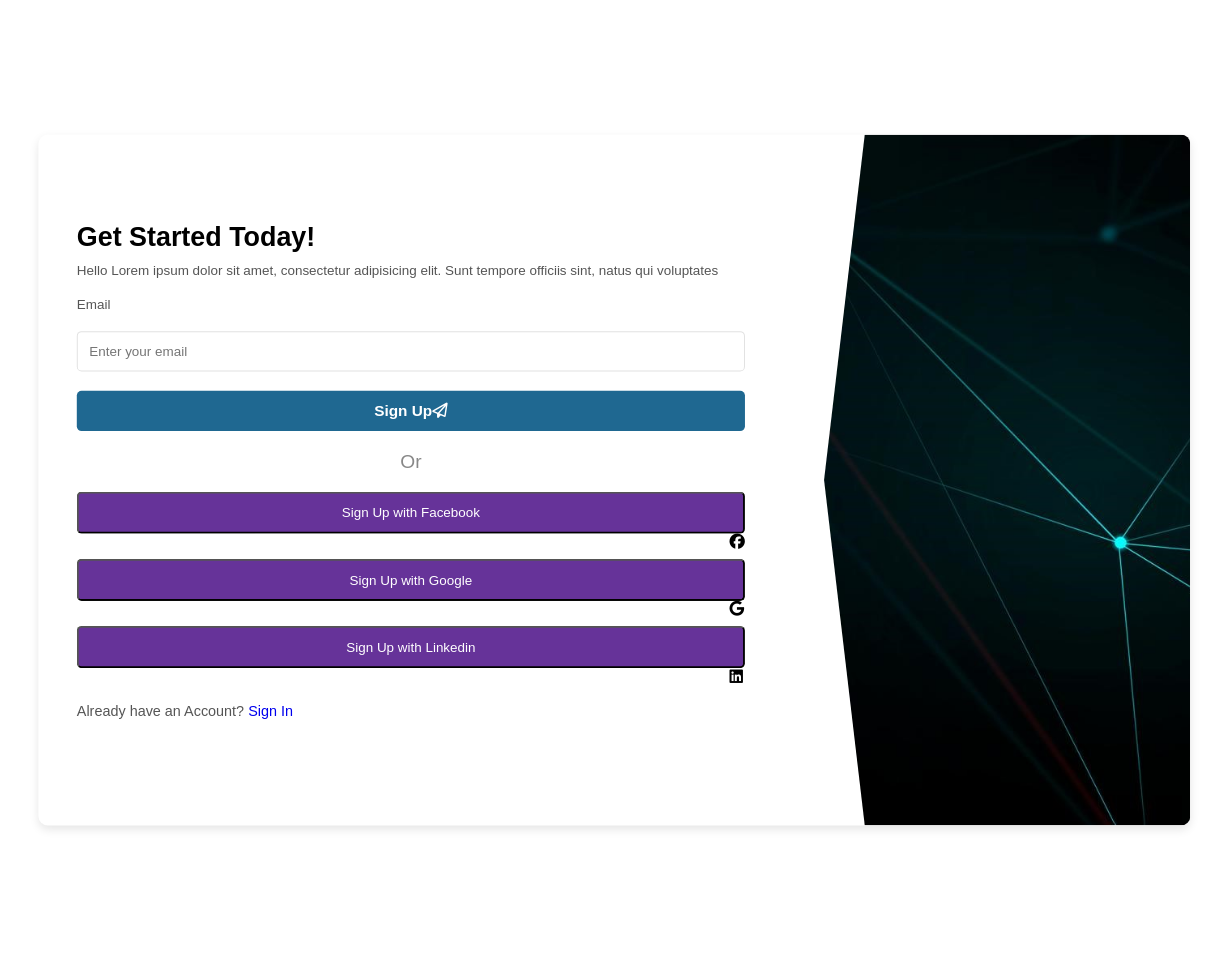
Repository: Femi007-gh/Login-V2
Page: index.html
An editor plug-in stored every save of this project. The page is shown before and after the next save, followed by the edit.
The browser window is 1280 px wide. The pictures show the whole page, at 96% of full size.

Above is the page before, as saved 2025-01-27 15:19:29.

After the next save:
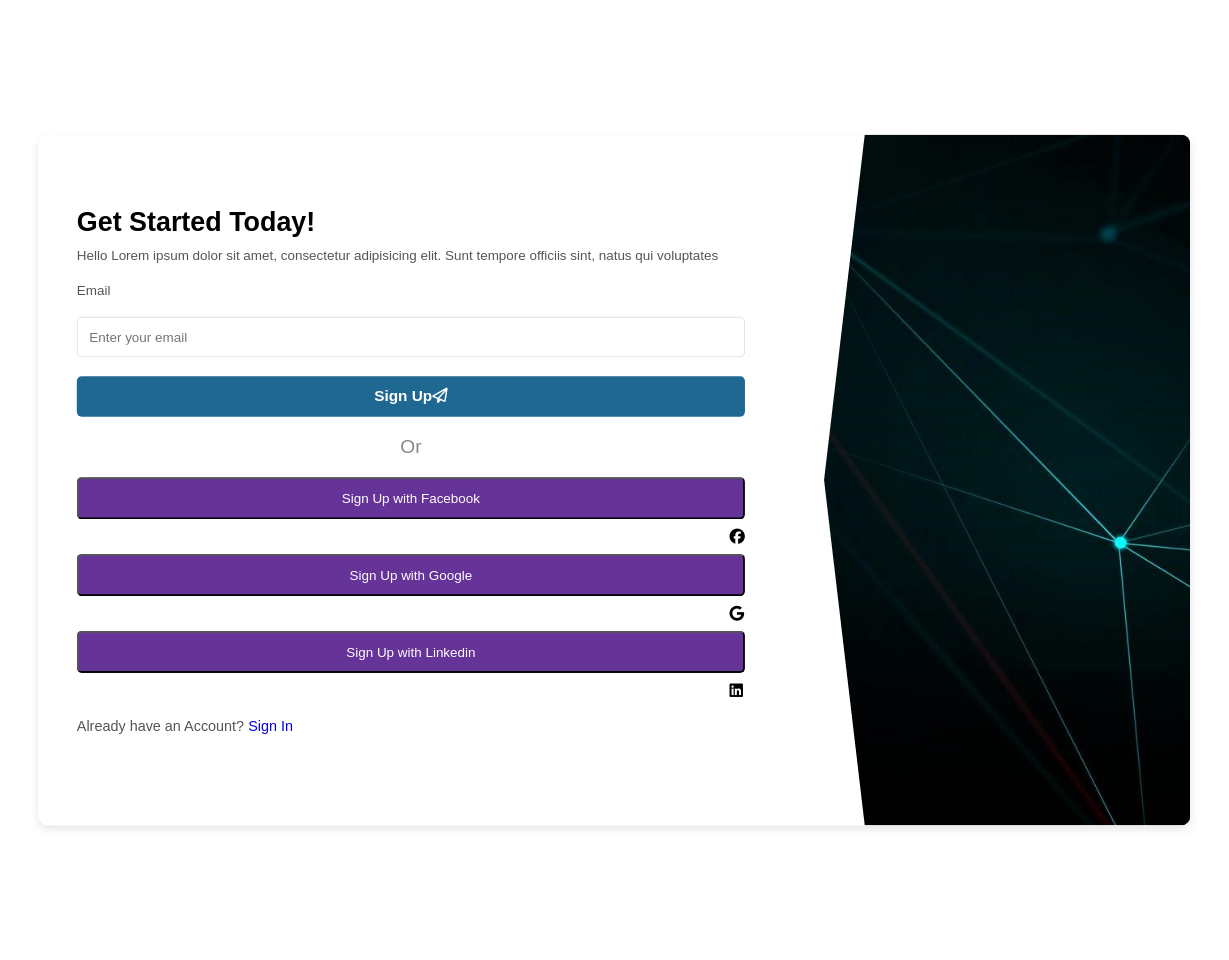
Saved 31 s later.
--- a/style.css
+++ b/style.css
@@ -114,5 +114,5 @@
 
 .fa-brands {
   margin-left: 680px;
-  margin-top: -10px;
+  margin-bttom: -10px;
 }

After the save that followed:
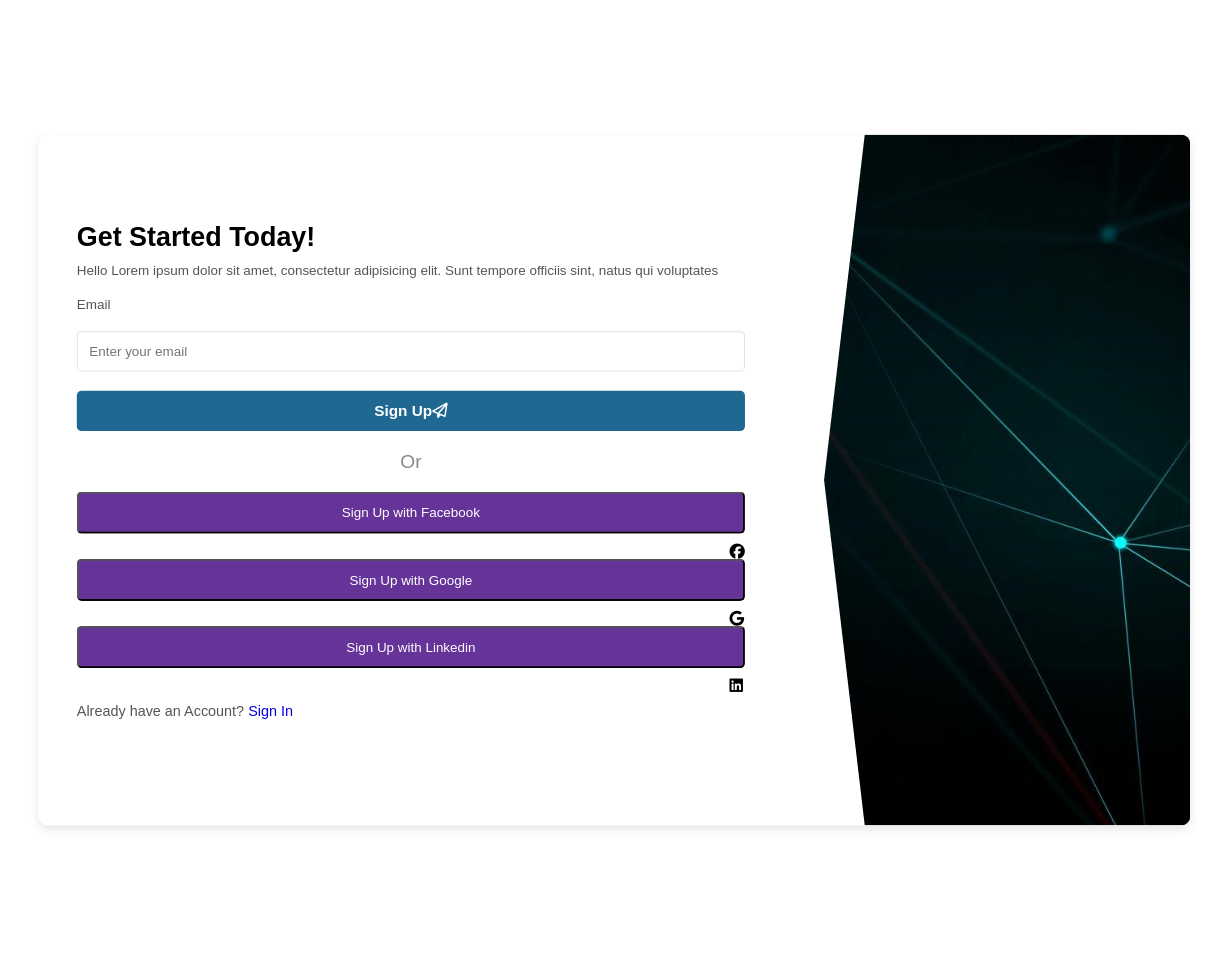
Saved 4 s later.
--- a/style.css
+++ b/style.css
@@ -114,5 +114,5 @@
 
 .fa-brands {
   margin-left: 680px;
-  margin-bttom: -10px;
+  margin-bottom: -10px;
 }
